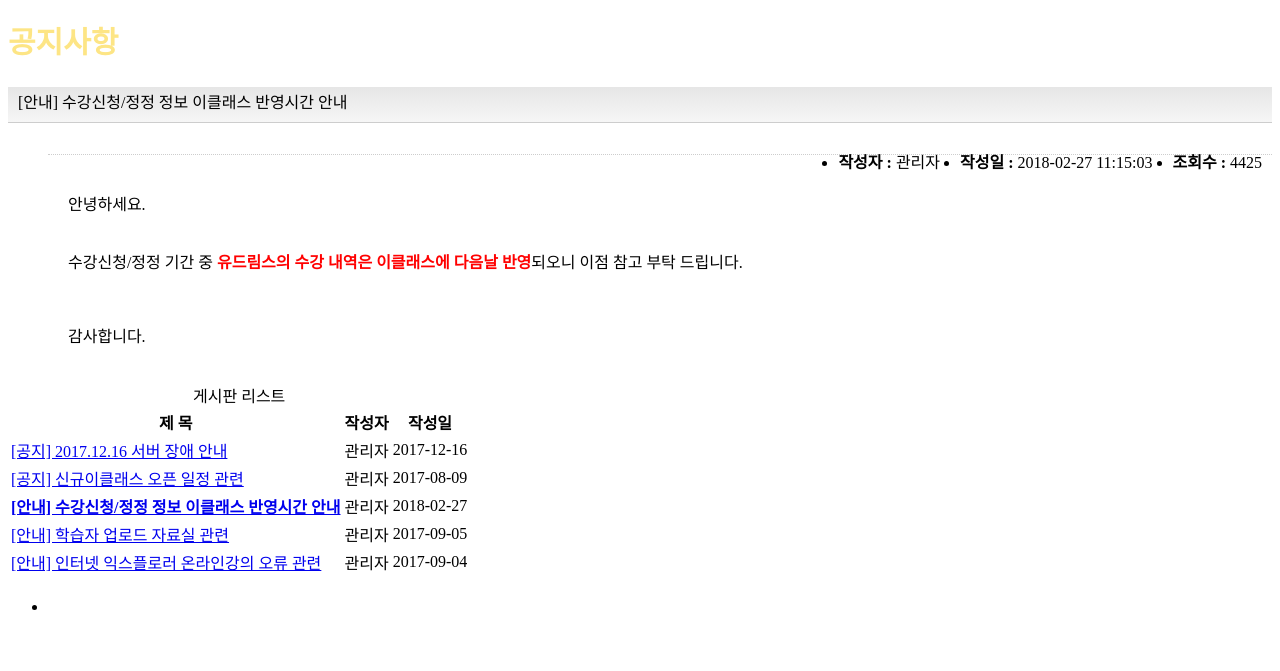
Repository: CSID-DGU/2019-1-CECD3-FFChain-2
Page: http://localhost/icip.app/WEB-INF/jsp/icip/notice/noticeView.jsp
These files come from the project's save history. The page is drawn as it stood at one moment and after a run of saves; the edit follows.
The browser window is 1280 px wide. The pictures show the whole page.
The page is served by Tomcat 9. Nobody is signed in. Other server files are loaded and not shown. The template is opened directly, without the code that normally fills it, so the values that code supplies are empty.

Above is the page before, as saved 2019-08-19 11:32:32.

### icip.app/src/main/webapp/WEB-INF/jsp/icip/notice/noticeView.jsp
<%@ page contentType="text/html; charset=utf-8" pageEncoding="utf-8"%>
<%@ taglib prefix="fmt" uri="http://java.sun.com/jsp/jstl/fmt"%>
<%@ taglib prefix="c" uri="http://java.sun.com/jsp/jstl/core"%>
<%@ taglib prefix="form" uri="http://www.springframework.org/tags/form"%>
<%@ taglib uri="http://java.sun.com/jsp/jstl/functions" prefix="fn"%>
<%@ taglib prefix="spring" uri="http://www.springframework.org/tags"%>
<!DOCTYPE html PUBLIC "-//W3C//DTD HTML 4.01 Transitional//EN" "http://www.w3.org/TR/html4/loose.dtd">
<html>
<head>
</head>
<style>
#listBox div.listContent > dd > ul > li
{
    float: left;
    margin-right: 20px;
}
#listBox div.listContent dd.info {
    padding: 0 10px;
    border-bottom: 1px dotted #cdcdcd;
    height:15px;
    line-height:15px;
}
#listBox div.listContent dt {
    padding: 5px 10px;
    border-bottom: 1px solid #cdcdcd;
    line-height: 22px;
    min-height: 25px;
    background: #e6e6e6;
    background: -webkit-gradient(linear, 0 0, 0 bottom, from(#e6e6e6), to(#f6f6f6));
    background: -webkit-linear-gradient(#e6e6e6, #f6f6f6);
    background: -moz-linear-gradient(#e6e6e6, #f6f6f6);
    background: -ms-linear-gradient(#e6e6e6, #f6f6f6);
    background: -o-linear-gradient(#e6e6e6, #f6f6f6);
    background: linear-gradient(#e6e6e6, #f6f6f6);
}
div.cont
{
padding:20px;
}
</style>
<body>
<div style = "padding-top: 10px; font-size:30px; padding-bottom:25px; color : #fde585; font-weight:bold " >
공지사항
</div>
<div id="listBox">
				<div class="listContent">
				<dt>
						 [안내] 수강신청/정정 정보 이클래스 반영시간 안내
				</dt>
						<dd class="info">
							<ul class="fl ml10">
							</ul>
							<ul class="fr mr10" style="float:right;">
							<li><b>작성자 :</b> <span id="suserinfo" style="" onclick="javascript:learnerInfo('admin1');">관리자</span></li>
							<li><b>작성일 :</b> 2018-02-27 11:15:03</li>
							<li class="m0" style="margin-right:0px"><b>조회수 :</b> 4425</li>
							</ul>
						</dd>
						<dd>
							<div class="cont"><p>안녕하세요. </p><p><br>수강신청/정정 기간 중 <strong><span style="color: rgb(255, 0, 0);">유드림스의 수강 내역은 </span><font color="#ff0000">이클래스에 다음날 반영</font></strong>되오니 이점 참고 부탁 드립니다.</p><p><br></p><p>감사합니다.<br></p></div>

						</dd>
						</dl>

							<div class="answerArea">

						</div>
					</div>

						<div id="listBox">
						</div><table class="boardListBasic" summary="게시판 리스트입니다.">
							<caption>게시판 리스트</caption>
							<thead>
								<tr class="odd-row">
									<th class="first">제 목</th>
									<th>작성자</th>
									<th class="last">작성일</th>
								</tr>
							</thead>
							<tbody>

									<tr class="odd-row">
											<td class="textLeft first">
												<div style="margin-left: 0px;" align="absmiddle" alt="">
													<a href="#;" onclick="javascript:moveBoardView('BOAD_171216110316331d7655', '0')">

															[공지] 2017.12.16 서버 장애 안내
													</a>
												</div>
											</td>
											<td>
												관리자
											</td>
											<td class="last">
												2017-12-16
											</td>
										</tr>

										<tr>
											<td class="textLeft first">
												<div style="margin-left: 0px;" align="absmiddle" alt="">
													<a href="#;" onclick="javascript:moveBoardView('BOAD_170809131412cfe20003', '0')">

															[공지] 신규이클래스 오픈 일정 관련
													</a>
												</div>
											</td>
											<td>
												관리자
											</td>
											<td class="last">
												2017-08-09
											</td>
										</tr>
										<tr class="odd-row">
											<td class="textLeft first">
												<div style="margin-left: 0px;" align="absmiddle" alt="">
													<a href="#;" onclick="javascript:moveBoardView('BOAD_180227111503550900e1', '0')">

															<b><i class="icon-arrow-small-black"></i>[안내] 수강신청/정정 정보 이클래스 반영시간 안내</b>
													</a>
												</div>
											</td>
											<td>
												관리자
											</td>
											<td class="last">
												2018-02-27
											</td>
										</tr>

										<tr>
											<td class="textLeft first">
												<div style="margin-left: 0px;" align="absmiddle" alt="">
													<a href="#;" onclick="javascript:moveBoardView('BOAD_170905182259ef57201b', '0')">

															[안내] 학습자 업로드 자료실 관련
													</a>
												</div>
											</td>
											<td>
												관리자
											</td>
											<td class="last">
												2017-09-05
											</td>
										</tr>

										<tr class="odd-row">
											<td class="textLeft first">
												<div style="margin-left: 0px;" align="absmiddle" alt="">
													<a href="#;" onclick="javascript:moveBoardView('BOAD_170904164429ea1c03c0', '0')">

															[안내] 인터넷 익스플로러 온라인강의 오류 관련
													</a>
												</div>
											</td>
											<td>
												관리자
											</td>
											<td class="last">
												2017-09-04
											</td>
										</tr>
							</tbody>
						</table>
						<ul class="btnBox">
								<li style =" padding-left : 500px">
									<a class="btn small" href="noticeList.do" style="color: white;">
										<i class="icon-report-small-color"></i>
										목 록
									</a>
								</li>
							</ul>
<script>
//목록
function fn_cancel(){

    var form = document.getElementById("viewForm");

    form.action = "<c:url value='noticeList.do'/>";
    form.submit();

}

//수정
function fn_update(){

    var form = document.getElementById("viewForm");

    form.action = "<c:url value='updateNotice.do'/>";
    form.submit();
}
</script>
</div>
</body>
</html>

After the next 2 saves:
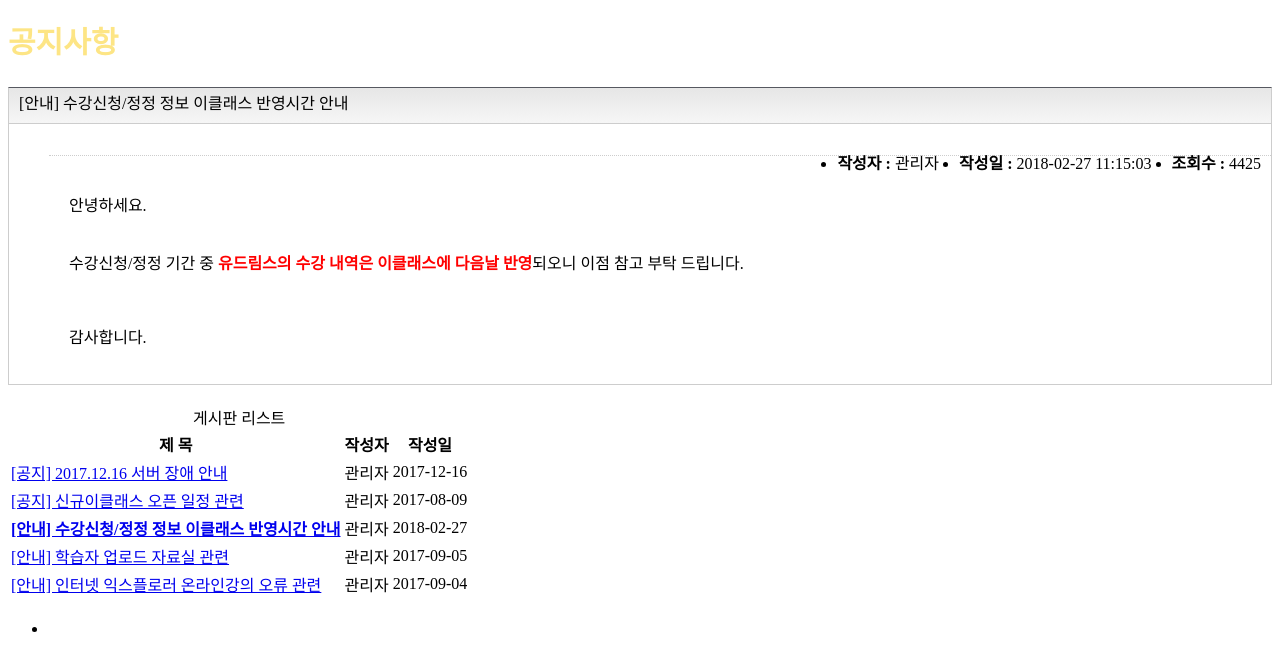
The 2 saves are shown as one change because they came seconds apart.
The last was saved 31 s later.
--- a/icip.app/src/main/webapp/WEB-INF/jsp/icip/notice/noticeView.jsp
+++ b/icip.app/src/main/webapp/WEB-INF/jsp/icip/notice/noticeView.jsp
@@ -36,6 +36,14 @@
 div.cont
 {
 padding:20px;
+}
+
+#listBox div.listContent {
+    clear: both;
+    position: relative;
+    margin-bottom: 20px;
+    border: 1px solid #cdcdcd;
+    border-top: 1px solid #565860;
 }
 </style>
 <body>
